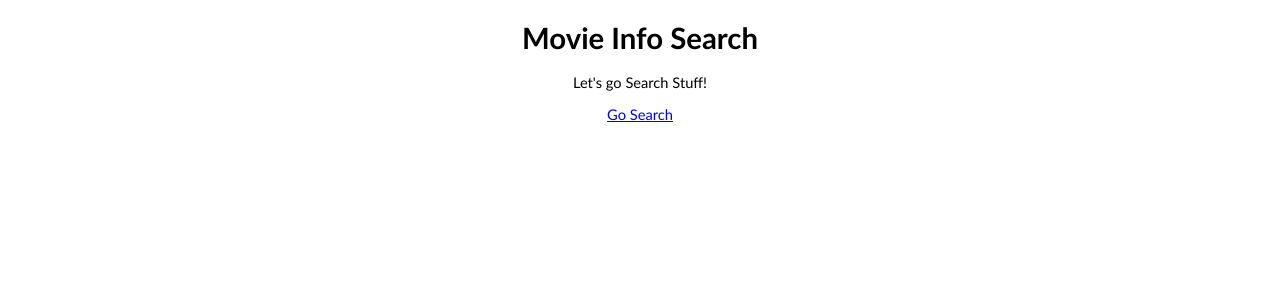
Repository: mxd369/webprogramming2
Page: project2Movies/WebContent/index.html
An editor plug-in stored every save of this project. The page is shown before and after the next save, followed by the edit.
The browser window is 1280 px wide. The pictures show the whole page.

Above is the page before, as saved 2017-03-01 00:14:01.

### project2Movies/WebContent/index.html
<!DOCTYPE html>
<html>
<head>
<meta charset="UTF-8">
<link href="css/style.css" rel="stylesheet" type="text/css">
<title>Search</title>
</head>
<body>

	<div id="land">
		<h1>Movie Info Search</h1>
		<p>Let's go Search Stuff!</p>
		<a href="movie.html">Go Search</a>
	</div>

</body>
</html>

### project2Movies/WebContent/css/style.css
@CHARSET "UTF-8";

body {
	font-family: "Trebuchet MS",Arial,Helvetica,sans-serif;
	font-size: 11pt;
}

#header {
	width: 100%;
	height: 50px;
	background-color: #333;
	color: #ffffff;
	border-radius: 5px;
	vertical-align: middle;
}

#header h3 {
	float: left;
	margin-left: 10px;
	font-size: 12pt;
	display: inline;
}

#header p {
	color: #ffffff;
	float: right;
	margin-right: 10px;
	text-transform: capitalize;
}

.tclass {
	margin: 10px;
	font-size: 10pt;
}

#login {
	width: 40%;
	margin: auto;
	margin-top: 50px;
	background-color: #f7f7f7;
	height: 100px;
	padding: 90px 50px 50px;
	border-radius: 5px;

}

#thoughttable {
	width: 50%;
	border-collapse: collapse;

}

#thoughttable td {
	padding: 10px;
}
 .oddRow {
	background-color:#e4e4e4;
}

.btn {
	width: 150px;
	background-color: #3e8f3e;
	border: 1px solid #3e8f3e;
    color: #fff;
    text-shadow: 0 1px rgba(0, 0, 0, 0.1);
    border-radius: 5px;
    height: 33px;
    font-size: 12px;
    margin-top:10px;
}
.btn:focus, .btn:hover {
	background-color: #419641;
	background-position: 0 -15px;
}

.btn:active {
	background-color: #419641;
    border-color: #3e8f3e;
    box-shadow: 0 3px 5px rgba(0, 0, 0, 0.125) inset;
}

.textcl {
	background-color: #fff;
    background-image: none;
    border: 1px solid #ccc;
    border-radius: 4px;
    box-shadow: 0 1px 1px rgba(0, 0, 0, 0.075) inset;
    color: #555;
    font-size: 14px;
    line-height: 1.42857;
    padding: 6px 12px;
    transition: border-color 0.15s ease-in-out 0s, box-shadow 0.15s ease-in-out 0s;
    margin-bottom: 10px;
    width: 50%;
}


#land {
	text-align: center;
}

After the next save:
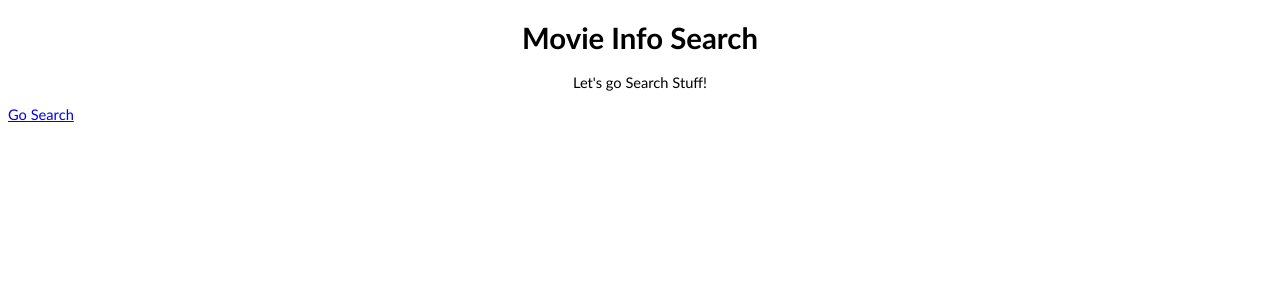
Saved 52 s later.
--- a/project2Movies/WebContent/index.html
+++ b/project2Movies/WebContent/index.html
@@ -7,11 +7,10 @@
 </head>
 <body>
 
-	<div id="land">
-		<h1>Movie Info Search</h1>
-		<p>Let's go Search Stuff!</p>
-		<a href="movie.html">Go Search</a>
-	</div>
+
+		<h1 id="land">Movie Info Search</h1>
+		<p id="land">Let's go Search Stuff!</p>
+		<a href="movie.html" id="land">Go Search</a>
 
 </body>
 </html>

After the 3 saves that followed:
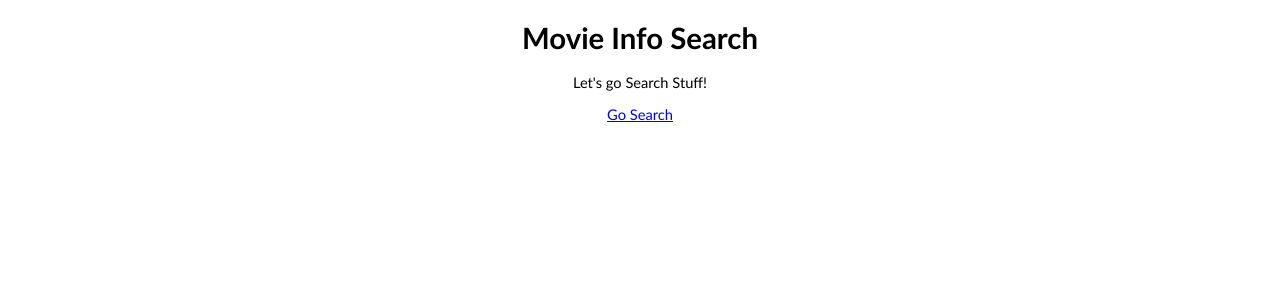
The 3 saves are shown as one change because 1 left the picture as it was and some came seconds apart.
The last was saved 3 min 2 s later.
--- a/project2Movies/WebContent/index.html
+++ b/project2Movies/WebContent/index.html
@@ -7,10 +7,9 @@
 </head>
 <body>
 
-
 		<h1 id="land">Movie Info Search</h1>
 		<p id="land">Let's go Search Stuff!</p>
-		<a href="movie.html" id="land">Go Search</a>
+		<center><a href="movie.html">Go Search</a></center>
 
 </body>
 </html>
